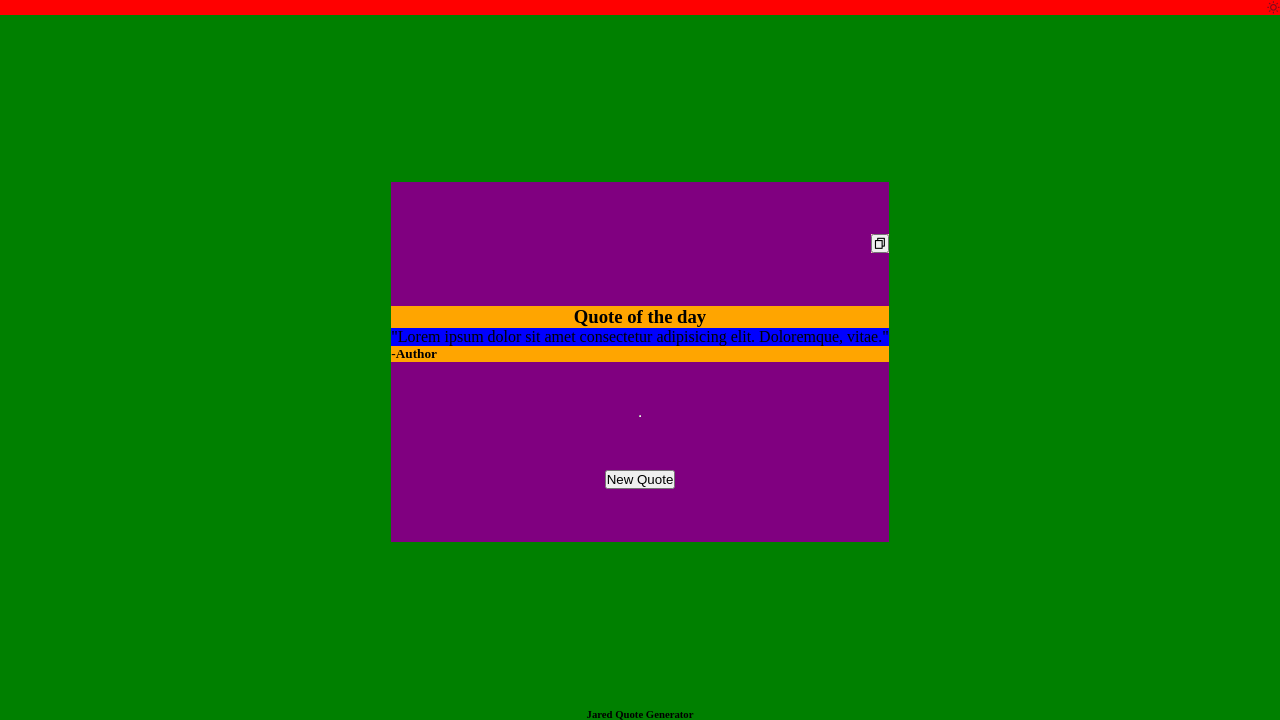
Repository: EguJaredoBoyd/Jared-Quote-Generator
Page: html/main.html
These files come from the project's save history. The page is drawn as it stood at one moment and after the next save; the edit follows.
The browser window is 1280 px wide. The pictures show the whole page.
Some web libraries are served in a nearby version.

Above is the page before, as saved 2026-01-09 00:53:06.

### html/main.html
<!DOCTYPE html>
<html lang="en">
  <head>
    <meta charset="UTF-8" />
    <meta name="viewport" content="width=device-width, initial-scale=1.0" />
    <link rel="stylesheet" href="../css/style.css" />
    <script src="../js/main.js" defer></script>
    <link
      href="https://cdn.jsdelivr.net/npm/remixicon@4.8.0/fonts/remixicon.css"
      rel="stylesheet"
    />
    <title>Document</title>
  </head>
  <body>
    <div class="container">
      <header>
        <button><i class="ri-sun-line"></i></button>
      </header>
      <main>
        <div class="quote-container">
          <div class="quote-container__copy">
            <button><i class="ri-file-copy-line"></i></button>
          </div>
          <div class="quote-container__quotes">
            <h3>Quote of the day</h3>
            <p>
              "Lorem ipsum dolor sit amet consectetur adipisicing elit.
              Doloremque, vitae."
            </p>
            <div>
              <h5>-Author</h5>
            </div>
          </div>
          <hr />
          <div>
            <button>New Quote</button>
          </div>
        </div>
      </main>
      <footer>
        <div>
          <h6>Jared Quote Generator</h6>
        </div>
      </footer>
    </div>
  </body>
</html>

### css/style.css
* {
  margin: 0;
  padding: 0;
  box-sizing: border-box;
}

:root {
  --background-color: #7b0d1e;
  --card-color: #f8e5ee;
  --text-color: black;
  --button-color: var(--background-color);
}

html {
  font-size: 16px;
}

.lighter-theme {
  --background-color: var(--card-color);
  --card-color: var(--background-color);
  --text-color: var(--text-color);
  --button-color: var(--button-color);
}

.container {
  background-color: green;
  height: 100vh;
  display: flex;
  flex-direction: column;
  justify-content: space-between;
  align-items: center;
}

header {
  display: flex;
  justify-content: flex-end;
  background-color: red;
  width: 100%;
}

header button {
  border: none;
  background: none;
  color: var(--button-color);
}

.quote-container {
  background-color: purple;
  display: flex;
  flex-direction: column;
  justify-content: space-evenly;
  align-items: center;
  height: 50vh;
  width: auto;
}

.quote-container__copy {
  align-self: self-end;
  background-color: pink;
}

.quote-container__quotes {
  background-color: orange;
}

.quote-container__quotes h3 {
  text-align: center;
}

.quote-container__quotes p {
  background-color: blue;
  max-width: 50vw;
  text-justify: center;
}

Loaded but not shown: js/main.js (no copy from this time; the picture is the same without it)

After the next save:
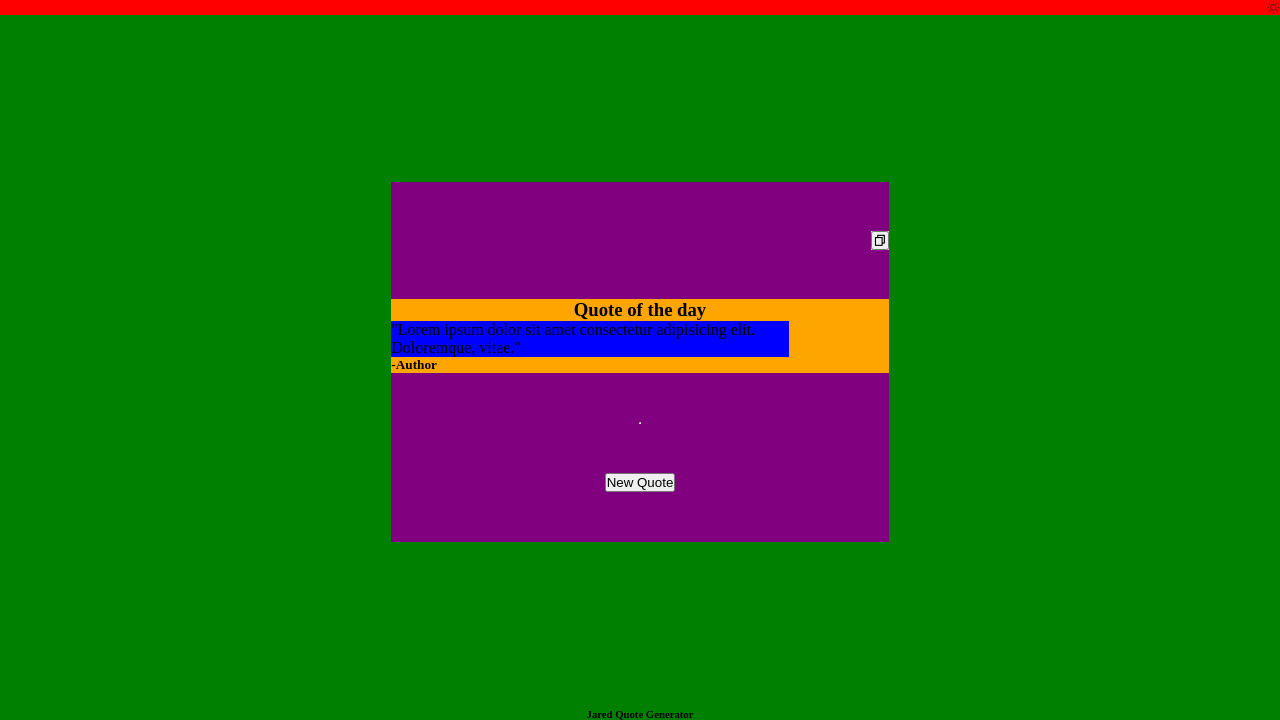
Saved 12 s later.
--- a/css/style.css
+++ b/css/style.css
@@ -69,6 +69,6 @@ header button {
 
 .quote-container__quotes p {
   background-color: blue;
-  max-width: 50vw;
+  max-width: 80%;
   text-justify: center;
 }
